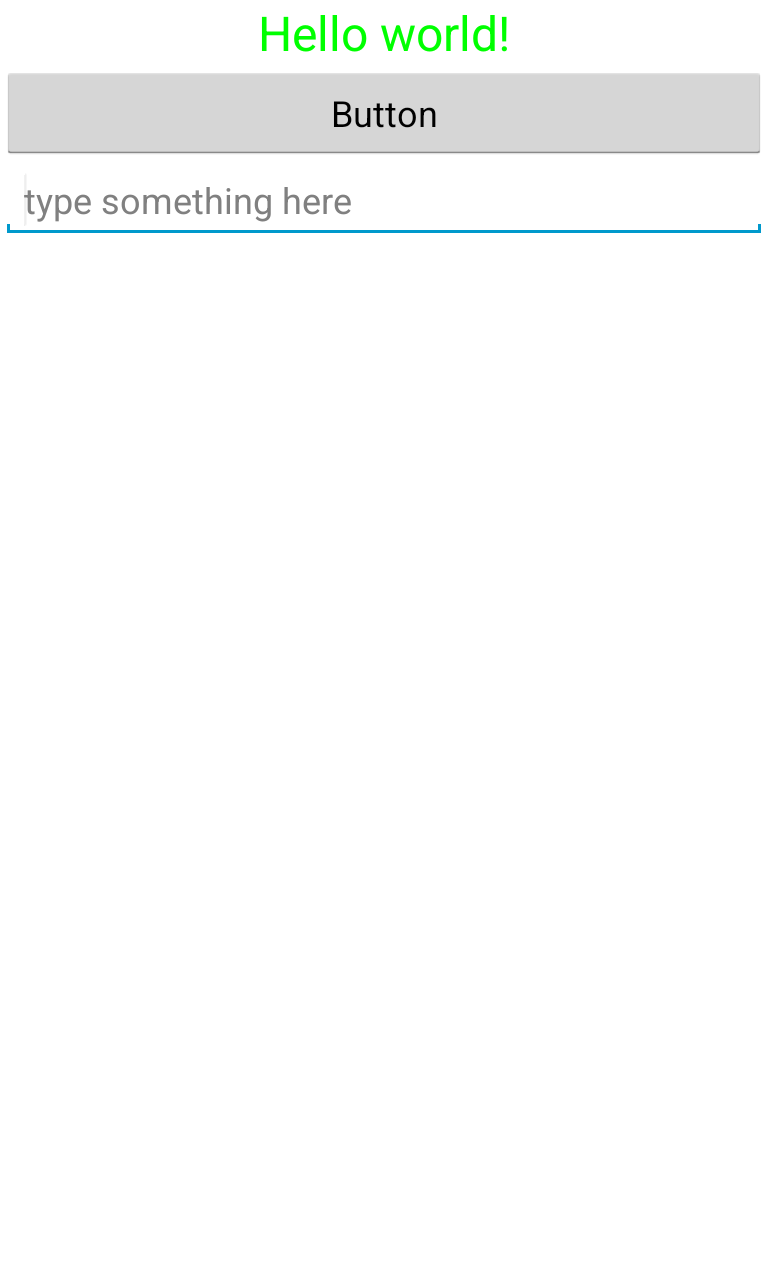
Repository: GUNDAMR/firstcode_android
Layout: C3UIWidgetTest/res/layout/activity_main.xml
An editor plug-in stored every save of this project. The layout is shown before and after the next save, followed by the edit.
It is drawn on a 768 x 1280 px phone screen (xhdpi) without system bars, with theme AppTheme; the app's code is not run.

Above is the layout before, as saved 2014-12-11 12:33:49.

After the next save:
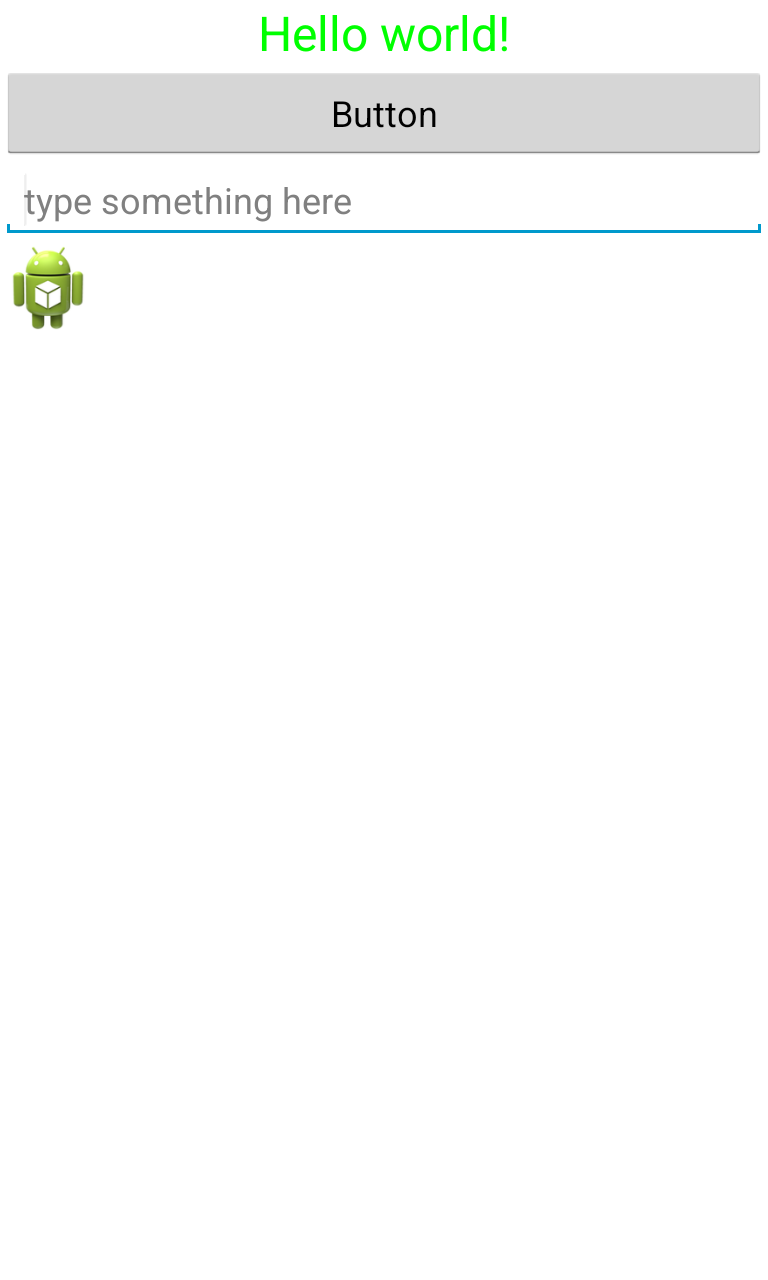
Saved 2 min 42 s later.
--- a/C3UIWidgetTest/res/layout/activity_main.xml
+++ b/C3UIWidgetTest/res/layout/activity_main.xml
@@ -30,4 +30,10 @@
         <requestFocus />
     </EditText>
 
+    <ImageView
+        android:id="@+id/imageView1"
+        android:layout_width="wrap_content"
+        android:layout_height="wrap_content"
+        android:src="@drawable/ic_launcher" />
+
 </LinearLayout>
